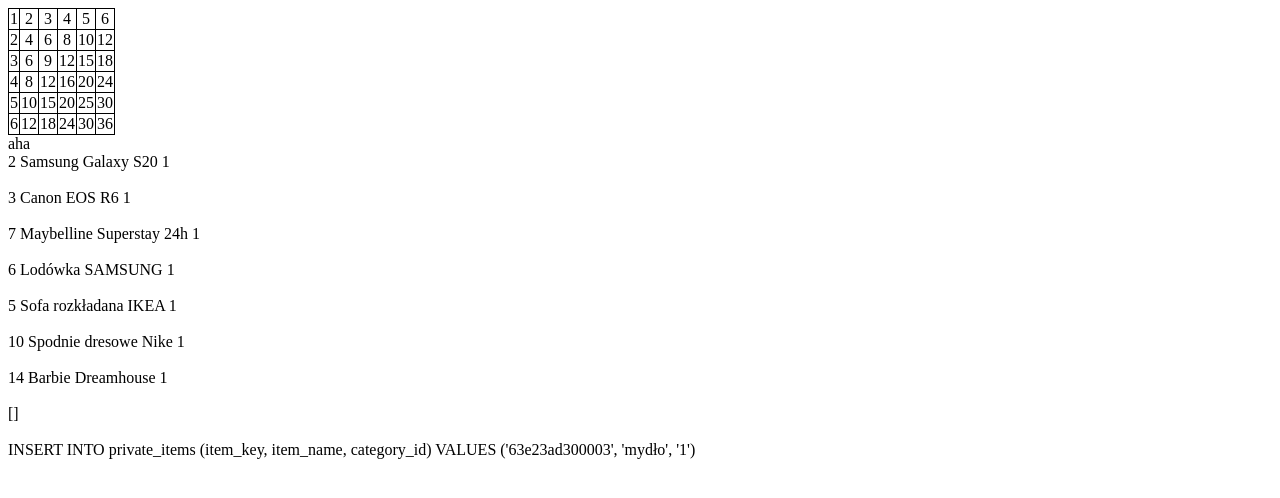
Repository: alphatra/Task-menager
Page: http://localhost/php/src/views/test.php
The author's editor kept a copy of each file at every save. The page is drawn from the files as they stood at one save, then again after the next save.
The browser window is 1280 px wide. The pictures show the whole page.
The page is run by PHP 8.4 with error messages shown; the project is at /var/www/html/. Queries for data that is not in the repository find no rows.

Above is the page before, as saved 2023-02-11 16:59:37.

### php/src/views/test.php
<!DOCTYPE html>
<html lang="en">
<head>
    <meta charset="UTF-8">
    <meta http-equiv="X-UA-Compatible" content="IE=edge">
    <meta name="viewport" content="width=device-width, initial-scale=1.0">
    <title>Document</title>
</head>
<body>
    <script>

        let tabliczka = (a,b) =>{
            console.log(a,b);
            //pętla for do tworzenia tablczki mnozenia
            let table = document.createElement("table");
            table = document.body.appendChild(table);
            for(let i = 1; i <= a; i++){
                let row = document.createElement("tr");
                for(let j = 1; j <= b; j++){
                    let col = document.createElement("td");
                    col.innerHTML = i*j;
                    row.appendChild(col);
                }
                table.appendChild(row);
            }
        }
        tabliczka(6,6)
    </script>
    <style>
        table,tr,td{
            border: 1px solid black;
            border-collapse: collapse;
            text-align: center;
        }
    </style>
</body>
</html>
<?php
$prod = '{
    "list_name": "aha",
    "end_date": "2023-02-04",
    "products": {
        "product_id": [
            2,
            3,
            7,
            6,
            5,
            10,
            14
        ],
        "product_title": [
            "Samsung Galaxy S20",
            "Canon EOS R6",
            "Maybelline Superstay 24h",
            "Lodówka SAMSUNG",
            "Sofa rozkładana IKEA",
            "Spodnie dresowe Nike",
            "Barbie Dreamhouse"
        ],
        "qty": [
            1,
            1,
            1,
            1,
            1,
            1,
            1
        ]
    }
}';
require_once('../model/CRUD.php');
$db = new db();
$prod = json_decode($prod);
$products = $prod->products;
echo $prod->list_name."<br>";
foreach($products->product_id as $key => $value){
    echo $products->product_id[$key]." ".$products->product_title[$key]." ".$products->qty[$key]."<br>";
    //listname!!!
    //$db->createListItems($products->qty[$key], $prod->list_name, $products->product_id[$key]);
    echo "<br>";
}


//echo $db->getMaxId('list')."<br>";
//echo $db->searchData($_tablename="list_items",$search="");
//echo $db->createListItems($qty=1,$list_name=$prod->list_name,$id_product=13);
//echo $db->createList($prod->list_name, $prod->end_date);
//echo $db->getIdList($prod->list_name);

echo $db->getData('products');
//echo $db->searchData('list','','');
echo "<br>";
echo "<br>";
echo $db->addPrivateItem(uniqid(),'mydło',1);
?>

### php/src/model/CRUD.php
<?php
class db{
    private $conn;
    public $servername;
    public $username;
    public $password;
    public $database;
    public $tablename;

    public function __construct($host="db", $database="mydb",
                                $username="root", $password="root"){
        $this->host = $host;
        $this->database = $database;
        $this->username = $username;
        $this->password = $password;

        try {
            // Tworzenie połączenia
            $this->conn = new mysqli($host, $username, $password, $database);
        } catch (Exception $e) {
            // Sprawdzanie połączenia
            die("Connection failed: " . mysqli_connect_error());

        }

        return $this->conn;
    }

    // Wyświetlanie list z bazy danych
    public function getData($tablename){
        $this->tablename = $tablename;
        $query = "SELECT * FROM $this->tablename";
        $result = mysqli_query($this->conn, $query);
        $result = mysqli_fetch_all($result, MYSQLI_ASSOC);

        return json_encode($result);
    }

    // Wyświetlanie list z bazy danych wraz z wyszukiwaniem
    public function searchData($tablename, $search, $category){
        $this->tablename = $tablename;
        $this->search = $search;
        $this->category = $category;
        if($tablename == 'products'){
            $query = "SELECT * FROM $this->tablename WHERE product_name LIKE '$this->search%'";
            if($category != ''){
                $query .= " AND category_id = $this->category";
            }
        }else{
            $query = "SELECT * FROM $this->tablename WHERE name LIKE '$this->search%'";
            if($category != ''){
                $query .= " AND category_id = $this->category";
            }
        }
        $result = mysqli_query($this->conn, $query);
        $result = mysqli_fetch_all($result, MYSQLI_ASSOC);

        return json_encode($result);
    }
    /*
    public function searchData($tablename="", $search=""){
        $this->tablename = "list";
        $this->search = "{$search}%";
        $query = "SELECT * FROM $this->tablename WHERE name LIKE ?";
        $stmt = $this->conn->prepare($query);
        $stmt->bind_param("s",$search);
        $stmt->execute();
        $result = $stmt->get_result();

        return json_encode($result->fetch_all(MYSQLI_ASSOC));
    }
    */

    // Dodawanie produktów do bazy danych
    public function createProduct($Param){
        $product_name = $Param[0];
        $product_description = $Param[1];
        $product_image = $Param[2];
        $category_id = $Param[3];
        $query = "INSERT INTO products (product_name, product_description, product_image, category_id)
                    VALUES ('{$product_name}', '{$product_description}', '{$product_image}', '{$category_id}')";

        mysqli_query($this->conn, $query);
    }

    public function fetchData($Data){
        $this->Data = $Data;
        $decoded_json = json_decode($Data, true);
        $product_name = $decoded_json['product_name'];
        $product_description = $decoded_json['product_description'];
        $product_image = $decoded_json['product_image'];
        $category_id = $decoded_json['category_id'];
        return [$product_name, $product_description, $product_image, $category_id];
    }

    public function getMaxId($tablename){
        $this->tablename = $tablename;
        $query = "SELECT MAX( id ) AS `Max_Id` FROM $this->tablename";
        $result = mysqli_query($this->conn, $query);
        $result = mysqli_fetch_all($result, MYSQLI_ASSOC);
        $result = $result[0]['Max_Id'];

        return $result + 1;
    }

    public function getIdList($list_name){
        $this->list_name = $list_name;
        $query = "SELECT id FROM list WHERE name = '$this->list_name'";
        $result = mysqli_query($this->conn, $query);
        $result = mysqli_fetch_all($result, MYSQLI_ASSOC);
        $result = $result[0]['id'];

        return $result;
    }

    public function createList($list_name, $end_date){
        $id = $this->getMaxId('list');
        $this->list_name = $list_name;
        $created_date = date("Y-m-d h:i:s");
        $this->end_date = $end_date;
        $query = "INSERT INTO list (id, name, created_date, end_date) VALUES ('{$id}','{$list_name}','{$created_date}','{$end_date}')";
        mysqli_query($this->conn, $query);
        return $query;
    }

    public function createListItems($qty,$list_name,$id_product){
        $id = $this->getMaxId('list_items');
        $this->qty = $qty;
        $this->list_name = $list_name;
        $list_name = $this->getIdList($list_name);
        $this->id_product = $id_product;

        $query = "INSERT INTO list_items (id, quantity, list_id, id_product) VALUES ('{$id}', '{$this->qty}', '{$list_name}', '{$this->id_product}')";
        mysqli_query($this->conn, $query);
        return $query;
    }

    public function addPrivateItem($item_key, $item_name, $item_category){
        $this->item_key = $item_key;
        $this->item_name = $item_name;
        $this->item_category = $item_category;

        $query = "INSERT INTO private_items (item_key, item_name, category_id) VALUES ('{$item_key}', '{$item_name}', '{$item_category}')";
        mysqli_query($this->conn, $query);
        return $query;
    }
}
?>

After the next save:
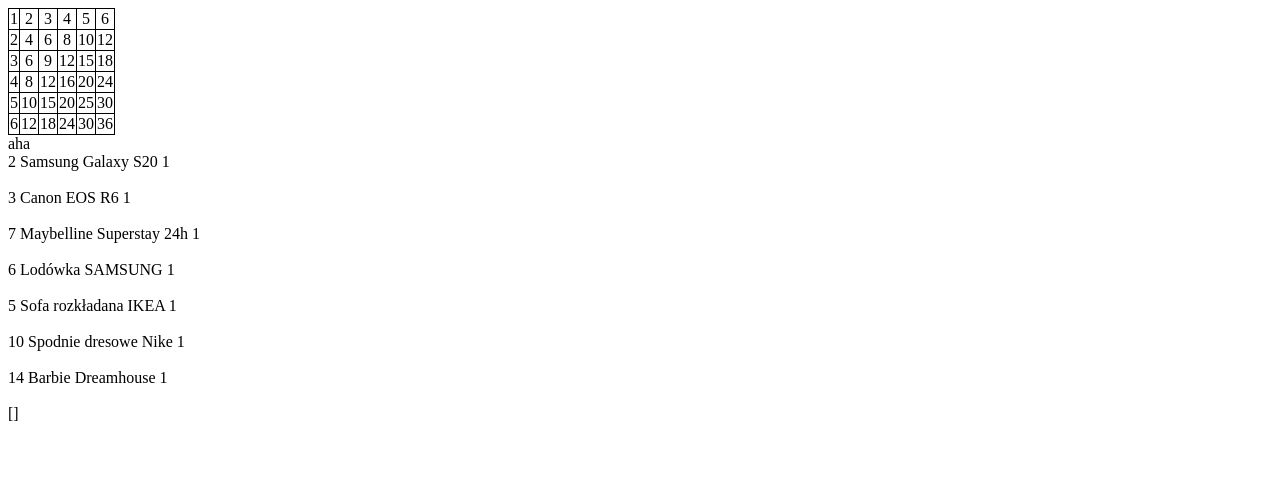
Saved 23 s later.
--- a/php/src/views/test.php
+++ b/php/src/views/test.php
@@ -92,5 +92,5 @@
 //echo $db->searchData('list','','');
 echo "<br>";
 echo "<br>";
-echo $db->addPrivateItem(uniqid(),'mydło',1);
+//echo $db->addPrivateItem(uniqid(),'mydło',1);
 ?>
